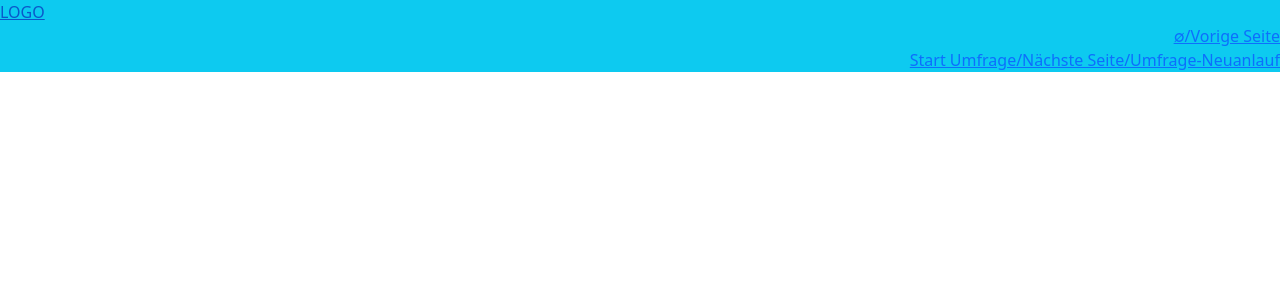
Repository: stephane71183101/Stephane-Personal-Health-Survey
Page: http://localhost/form-q01-start-page.php
These files come from the project's save history. The page is drawn as it stood at one moment and after the next save; the edit follows.
The browser window is 1280 px wide. The pictures show the whole page.
The page is run by PHP 8.4 with error messages shown; the project is at /var/www/html/.

Above is the page before, as saved 2022-03-15 14:04:39.

### form-q01-start-page.php
<!DOCTYPE html>
<html lang="en">
<head>
    <meta charset="UTF-8">
    <meta http-equiv="X-UA-Compatible" content="IE=edge">
    <meta name="viewport" content="width=device-width, initial-scale=1.0">
    <title>Document</title>
    <link href="https://cdn.jsdelivr.net/npm/bootstrap@5.1.3/dist/css/bootstrap.min.css" rel="stylesheet" integrity="sha384-1BmE4kWBq78iYhFldvKuhfTAU6auU8tT94WrHftjDbrCEXSU1oBoqyl2QvZ6jIW3" crossorigin="anonymous">
    <script src="https://cdn.jsdelivr.net/npm/bootstrap@5.1.3/dist/js/bootstrap.bundle.min.js" integrity="sha384-ka7Sk0Gln4gmtz2MlQnikT1wXgYsOg+OMhuP+IlRH9sENBO0LRn5q+8nbTov4+1p" crossorigin="anonymous"></script>
</head>

<header>
<div>
    <a class="nav justify-content-start bg-info" href="#">LOGO</a>
        <a class="nav justify-content-end bg-info" href="#">&#8709;/Vorige Seite</a>
        <a class="nav justify-content-end bg-info" href="#">Start Umfrage/Nächste Seite/Umfrage-Neuanlauf</a>
</div>
</header>

<body>

</body>

<footer>
</footer>

</html>

After the next save:
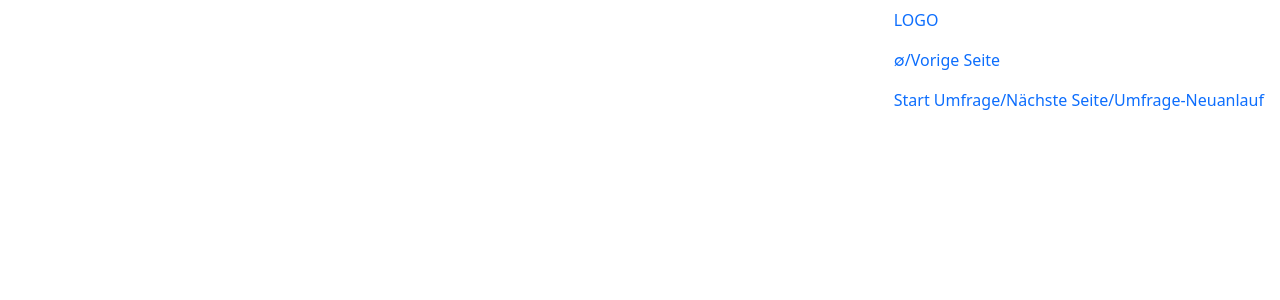
Saved 108 s later.
--- a/form-q01-start-page.php
+++ b/form-q01-start-page.php
@@ -11,9 +11,11 @@
 
 <header>
 <div>
-    <a class="nav justify-content-start bg-info" href="#">LOGO</a>
-        <a class="nav justify-content-end bg-info" href="#">&#8709;/Vorige Seite</a>
-        <a class="nav justify-content-end bg-info" href="#">Start Umfrage/Nächste Seite/Umfrage-Neuanlauf</a>
+<ul class="nav justify-content-end">
+  <li class="nav-item">
+    <a class="nav-link" href="#">LOGO</a>
+    <a class="nav-link" href="#">&#8709;/Vorige Seite</a>
+    <a class="nav-link" href="#">Start Umfrage/Nächste Seite/Umfrage-Neuanlauf</a>
 </div>
 </header>
 
